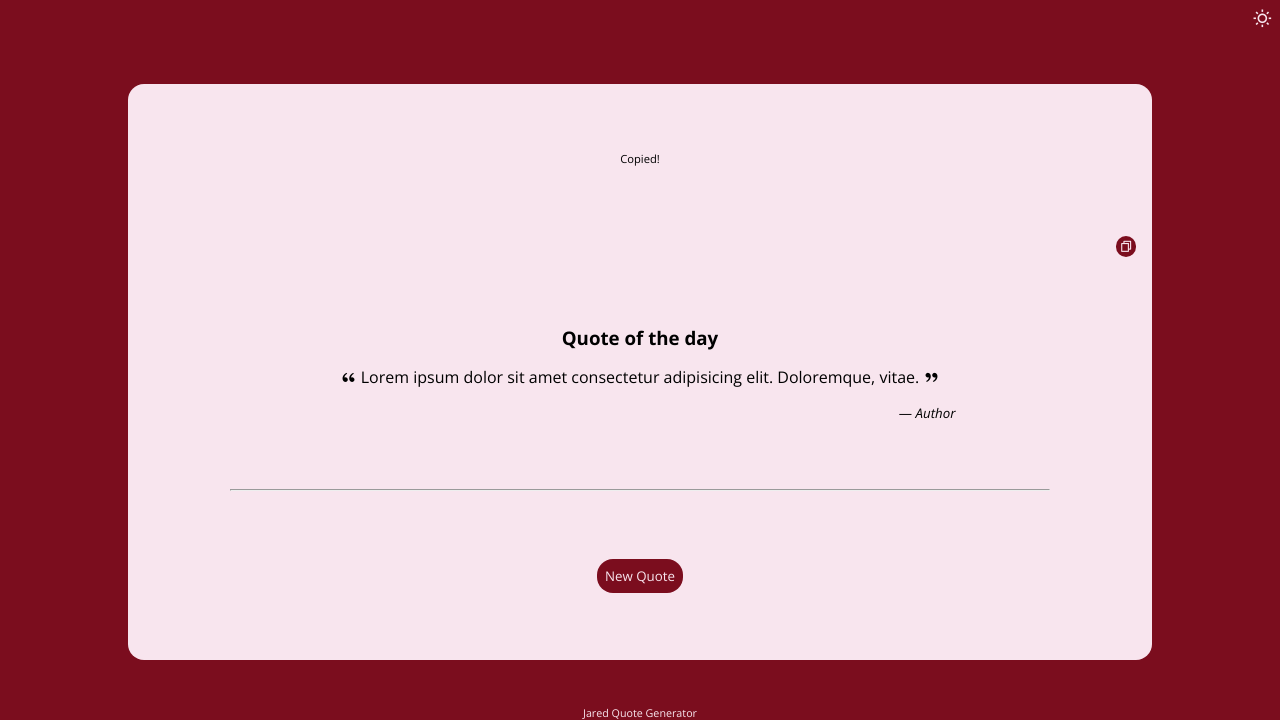
Repository: EguJaredoBoyd/Jared-Quote-Generator
Page: html/main.html
The author's editor kept a copy of each file at every save. The page is drawn from the files as they stood at one save, then again after the next save.
The browser window is 1280 px wide. The pictures show the whole page.
Some web libraries are served in a nearby version.

Above is the page before, as saved 2026-01-09 23:20:23.

After the next save:
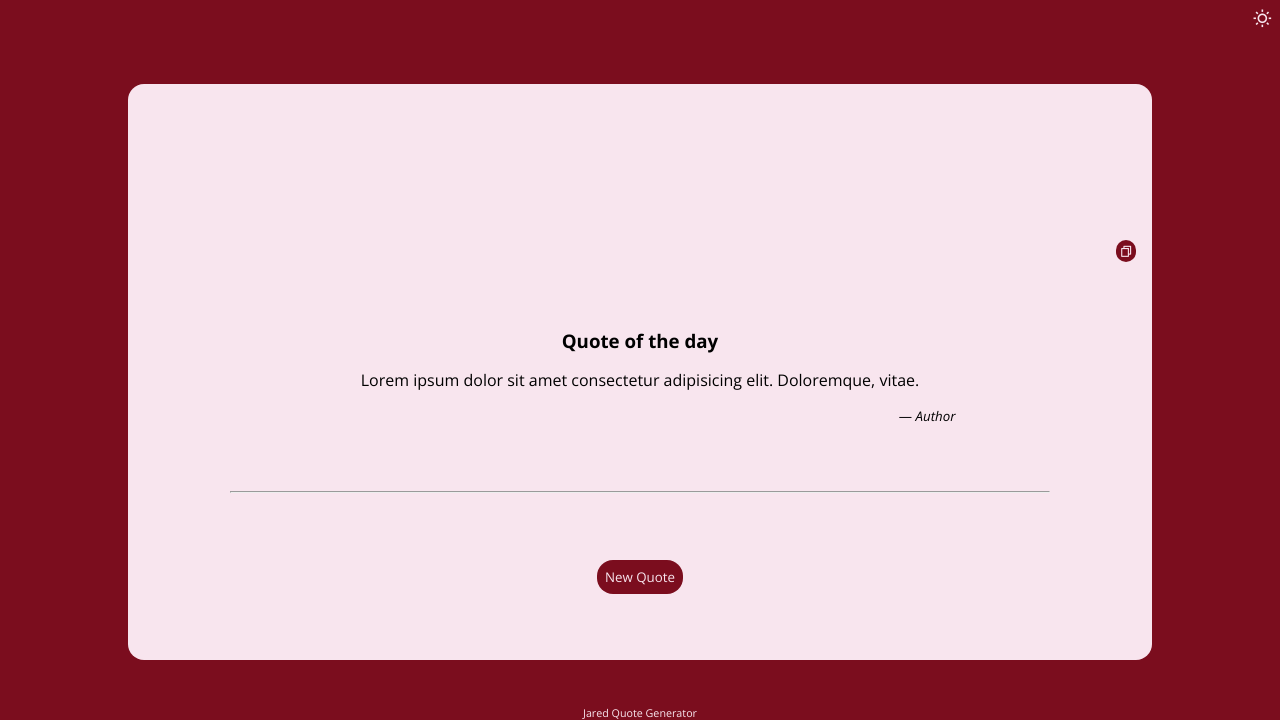
Saved 13 s later.
--- a/css/style.css
+++ b/css/style.css
@@ -65,7 +65,7 @@ header button {
 }
 
 .quote-container span {
-  font-size: 0.7rem;
+  opacity: 0;
 }
 
 .quote-container__copy {
